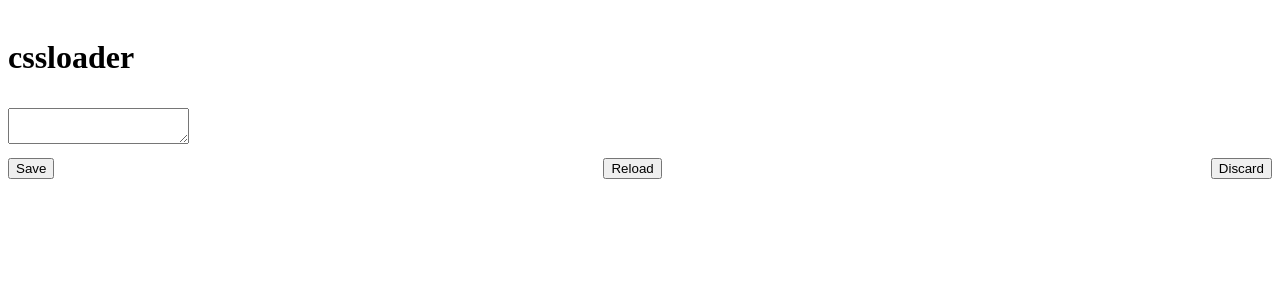
Repository: officialErnests/cssLoader
Page: popup.html
An editor plug-in stored every save of this project. The page is shown before and after the next save, followed by the edit.
The browser window is 1280 px wide. The pictures show the whole page.

Above is the page before, as saved 2026-06-19 13:21:58.
Console error: TypeError: Cannot read properties of null (reading 'addEventListener')

### popup.html
<!DOCTYPE html>
<html>
    <header>
        <link rel="stylesheet" href="style.css">
    </header>
    <body>
        <script src="popup.js"></script>
        <h1>cssloader</h1>
        <div>
            <textarea name="css" id="css"></textarea>
        </div>
        <div class="buttons">
            <button>Save</button>
            <button>Reload</button>
            <button>Discard</button>
        </div>
    </body>
</html>

### style.css
body {
    display: flex;
    flex-direction: column;
    gap: 10px;
}
.buttons {
    display: flex;
    justify-content: space-between;
}

### popup.js
document.getElementById("show").addEventListener("click", async () => {

});

After the next save:
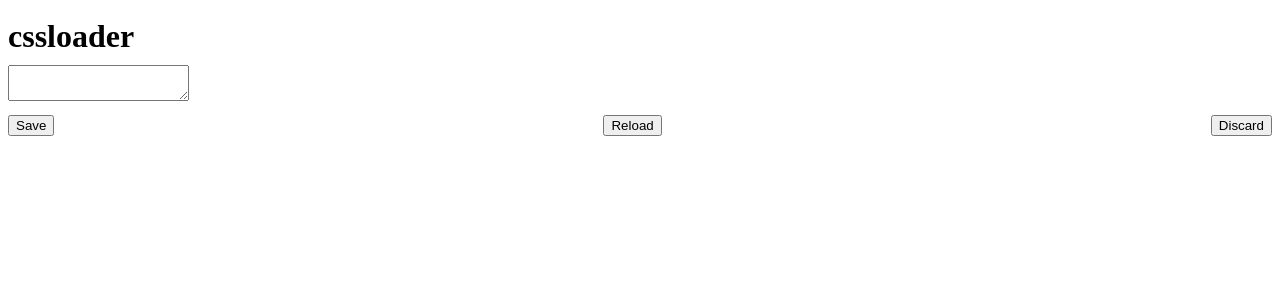
Saved 17 s later.
--- a/style.css
+++ b/style.css
@@ -3,6 +3,9 @@ body {
     flex-direction: column;
     gap: 10px;
 }
+h1 {
+    margin: 0;
+}
 .buttons {
     display: flex;
     justify-content: space-between;
